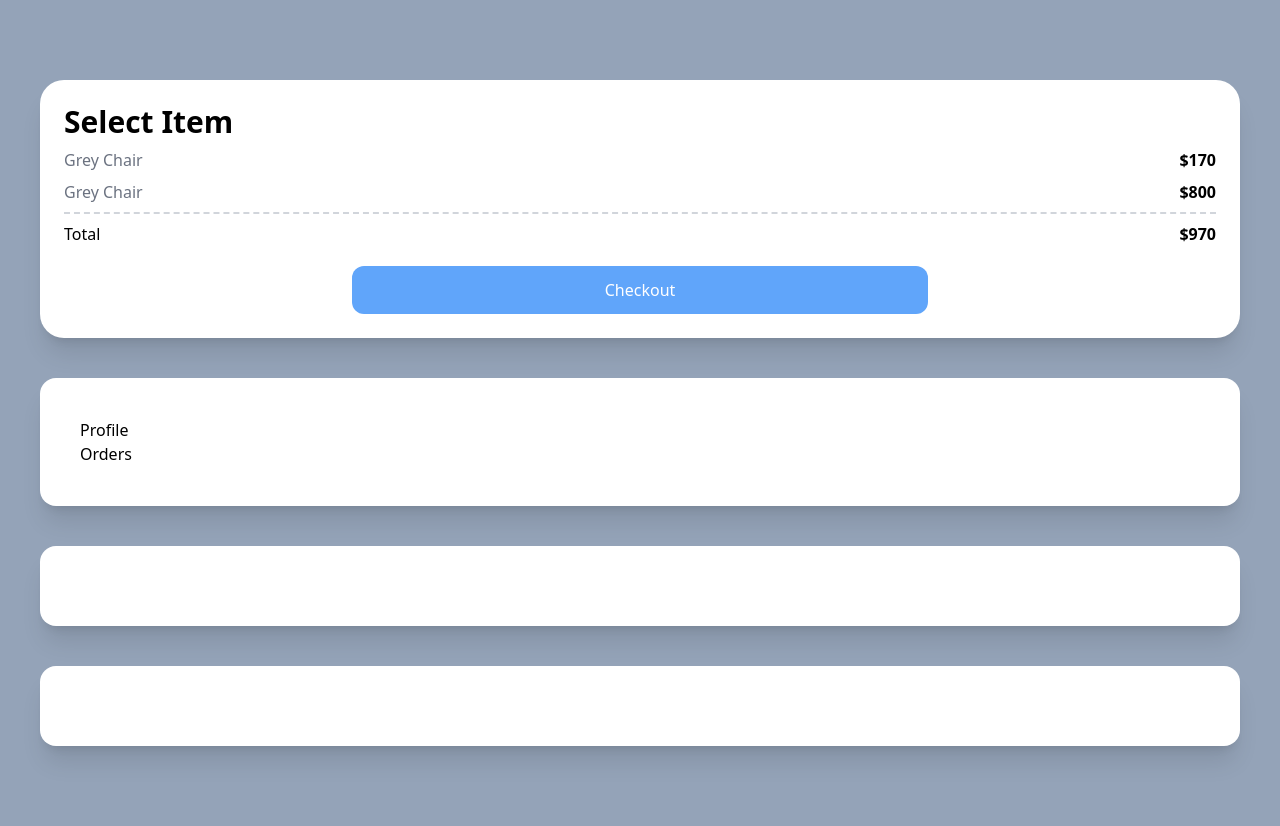
Repository: pjk0007/nextjs-carrot-marcket
Page: /
The author's editor kept a copy of each file at every save. The page is drawn from the files as they stood at one save, then again after the next save.
The browser window is 1280 px wide. The pictures show the whole page.
The project was rebuilt for these pictures with package versions that can differ from the ones it lists, and the page was loaded fresh each time. The framework's server and built-in components were replaced by stand-ins that run in the browser. Also part of the build but not shown: next.config.js.

Above is the page before, as saved 2022-04-30 13:07:41.

After the next save:
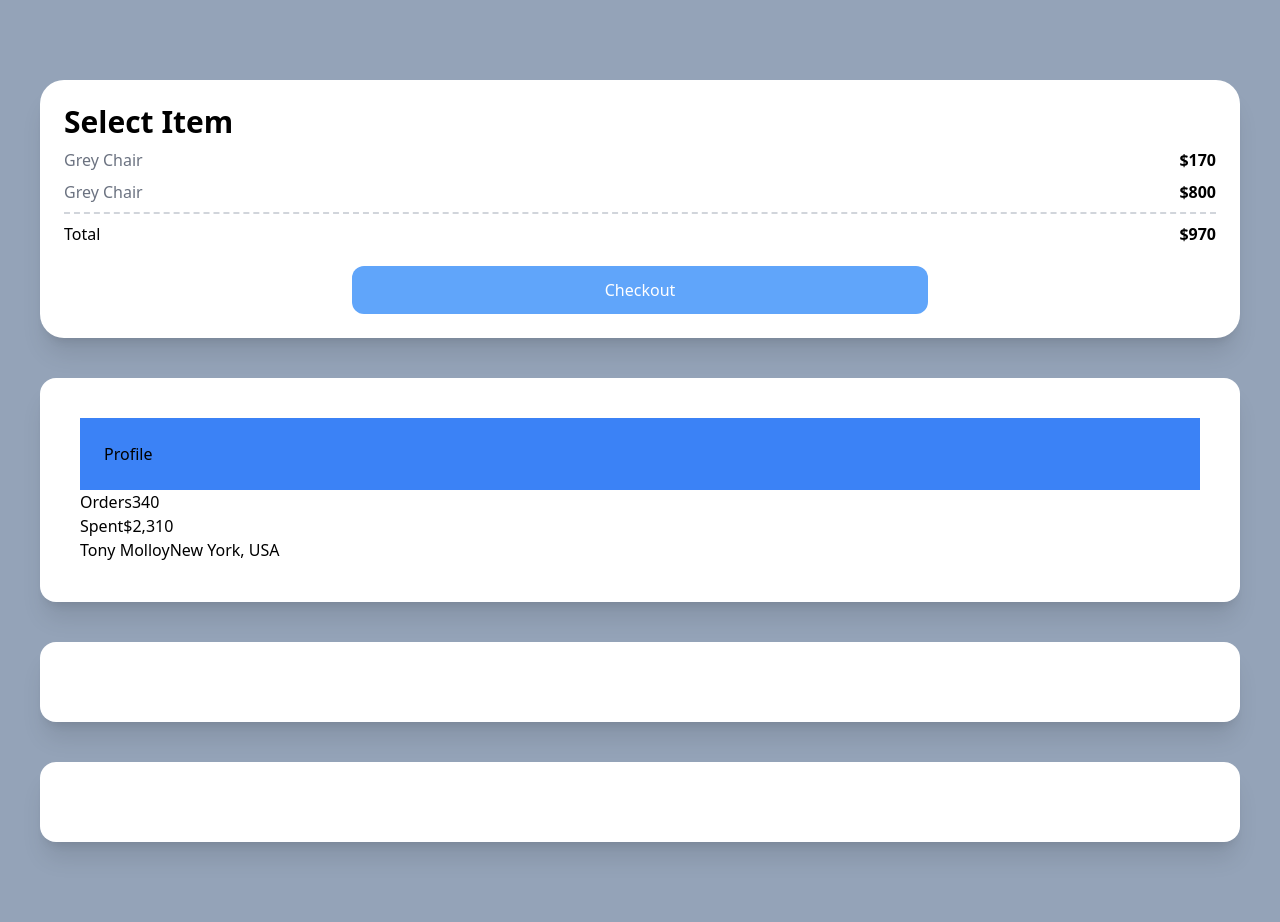
Saved 71 s later.
--- a/pages/index.tsx
+++ b/pages/index.tsx
@@ -19,13 +19,23 @@ const Home: NextPage = () => {
         <div className='mt-5 bg-blue-400 text-white p-3 text-center rounded-xl w-1/2 mx-auto'>Checkout</div>
       </div>
       <div className='bg-white p-10 rounded-2xl shadow-xl'>
-        <div>
+        <div className='bg-blue-500 p-6'>
           <span>Profile</span>
         </div>
         <div>
           <div>
             <div>
               <span>Orders</span>
+              <span>340</span>
+            </div>
+            <div />
+            <div>
+              <span>Spent</span>
+              <span>$2,310</span>
+            </div>
+            <div>
+              <span>Tony Molloy</span>
+              <span>New York, USA</span>
             </div>
           </div>
         </div>
